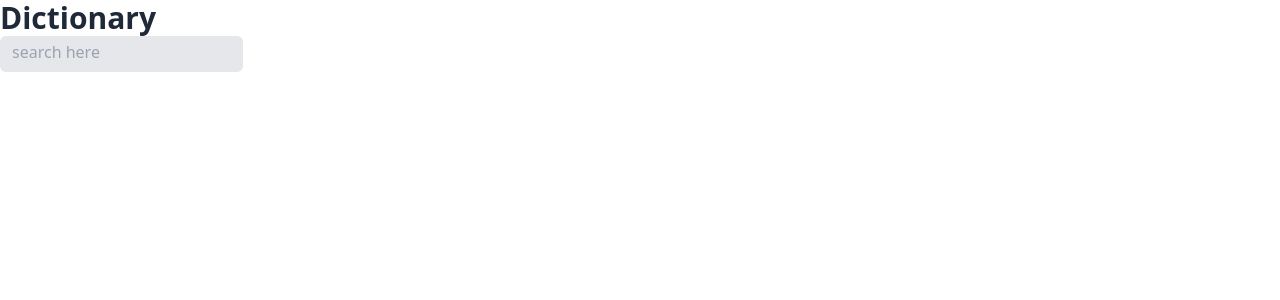
Repository: imokha01/dictionary-app
Page: /
The author's editor kept a copy of each file at every save. The page is drawn from the files as they stood at one save, then again after the next save.
The browser window is 1280 px wide. The pictures show the whole page.
The project was rebuilt for these pictures with package versions that can differ from the ones it lists, and the page was loaded fresh each time. Also part of the build but not shown: vite.config.js, src/App.css.

Above is the page before, as saved 2024-02-19 10:49:32.

After the next save:
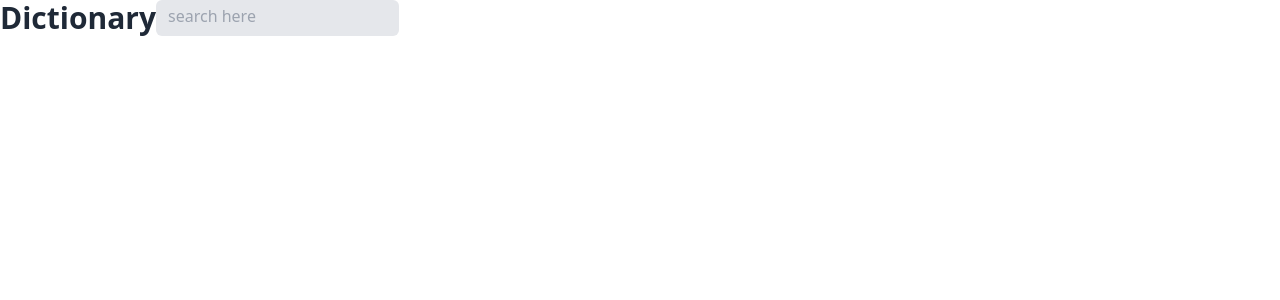
Saved 17 s later.
--- a/src/pages/Home.jsx
+++ b/src/pages/Home.jsx
@@ -2,7 +2,7 @@
 const Home = () => {
   return (
     <div>
-      <div>
+      <div className="flex flex">
         <h1 className="text-3xl font-semibold">Dictionary</h1>
         <input className="bg-gray-200 rounded-md h-9 pl-3 pb-1" type="text" placeholder="search here" />
       </div>
